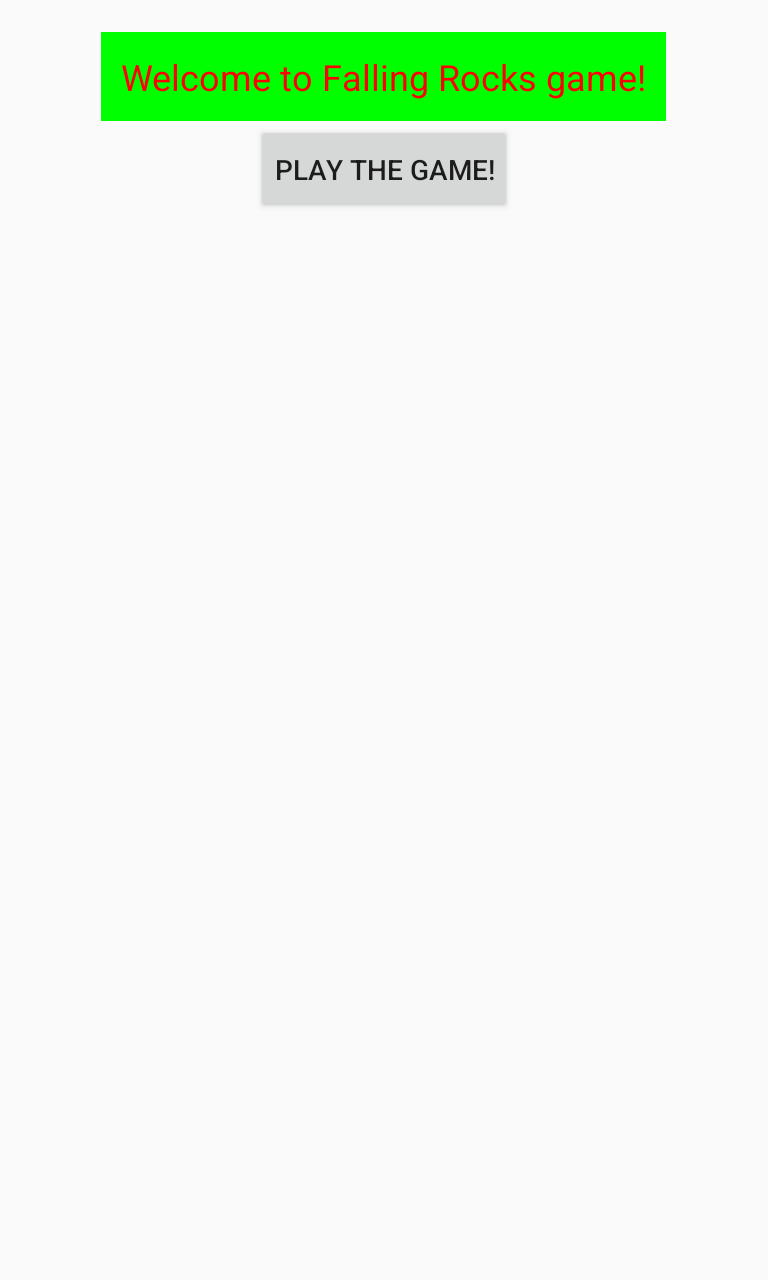
Repository: deyan-yosifov/Android
Layout: Workspace/BouncingBallGame/res/layout/activity_main.xml
The author's editor kept a copy of each file at every save. The layout is drawn from the files as they stood at one save, then again after the next save.
It is drawn on a 768 x 1280 px phone screen (xhdpi) without system bars, with theme AppTheme; the app's code is not run.

Above is the layout before, as saved 2015-01-04 11:57:04.

After the next save:
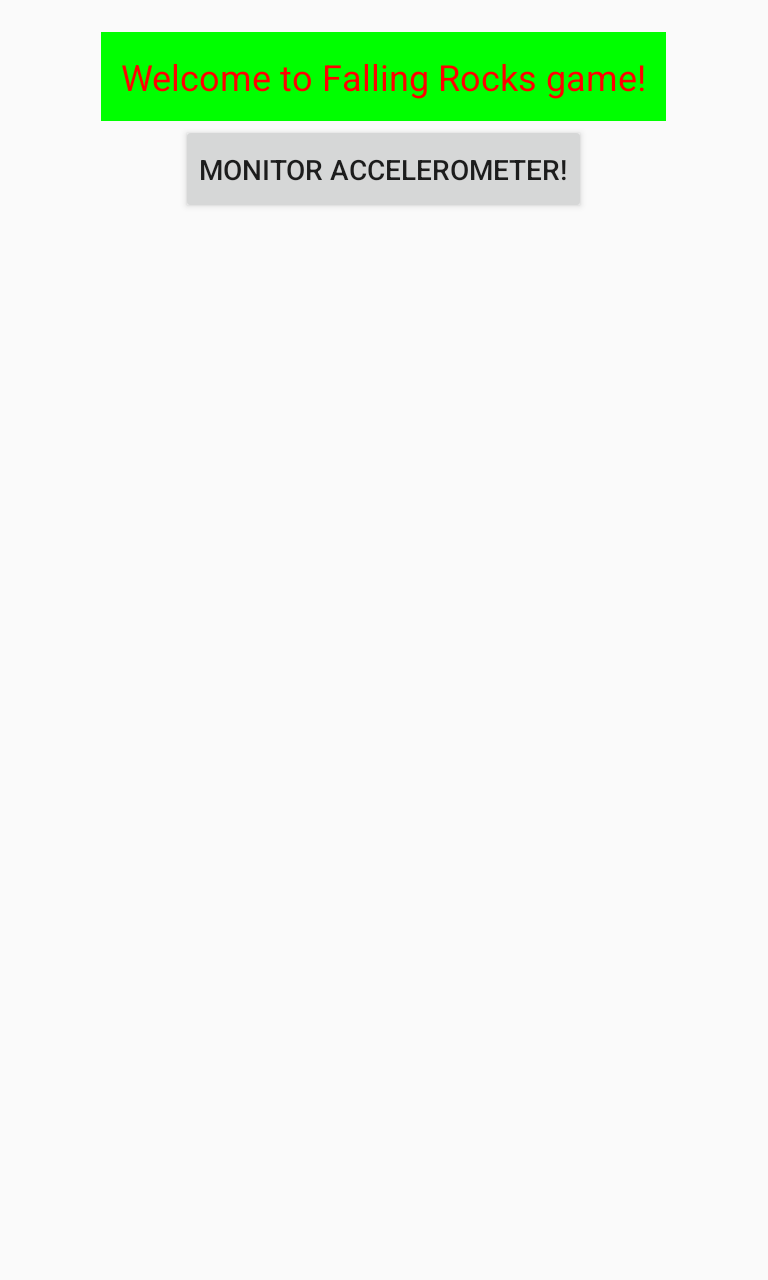
Saved 18 s later.
--- a/Workspace/BouncingBallGame/res/values/strings.xml
+++ b/Workspace/BouncingBallGame/res/values/strings.xml
@@ -5,7 +5,7 @@
     <string name="hello_world">Hello world!</string>
     <string name="no_accelerometer_found">Did not detected any accelerometor sensor!</string>
     <string name="welcome_header">Welcome to Falling Rocks game!</string>
-    <string name="button_monitor_accelerometer">Play the game!</string>
+    <string name="button_monitor_accelerometer">Monitor accelerometer!</string>
     <string name="action_settings">Settings</string>
     <string name="title_activity_single_player_game">Play game!</string>
 
